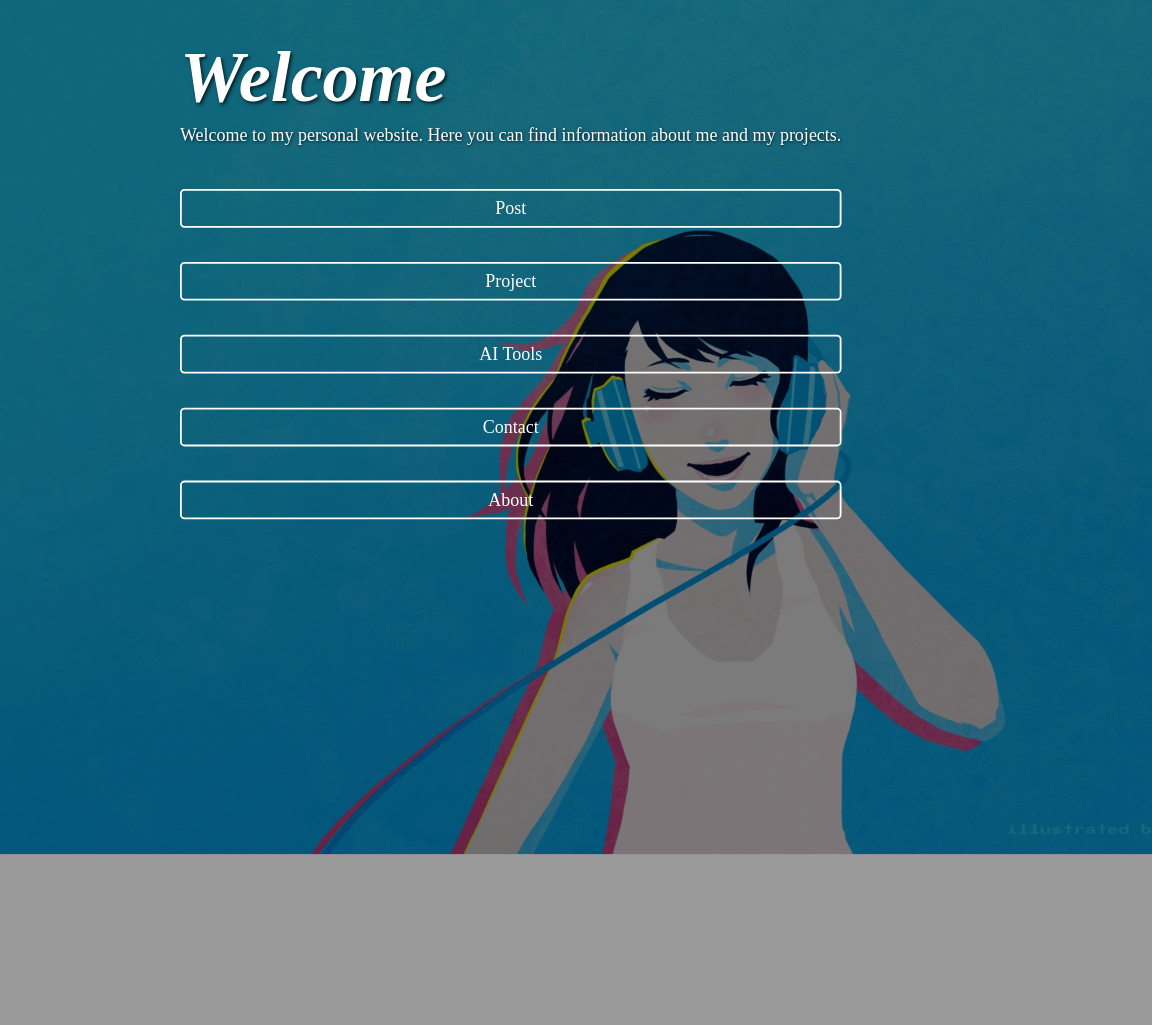
Repository: cydxf/cydxf.github.io
Page: index.html
These files come from the project's save history. The page is drawn as it stood at one moment and after the next save; the edit follows.
The browser window is 1280 px wide. The pictures show the whole page, at 90% of full size.

Above is the page before, as saved 2024-08-02 02:39:36.

After the next save:
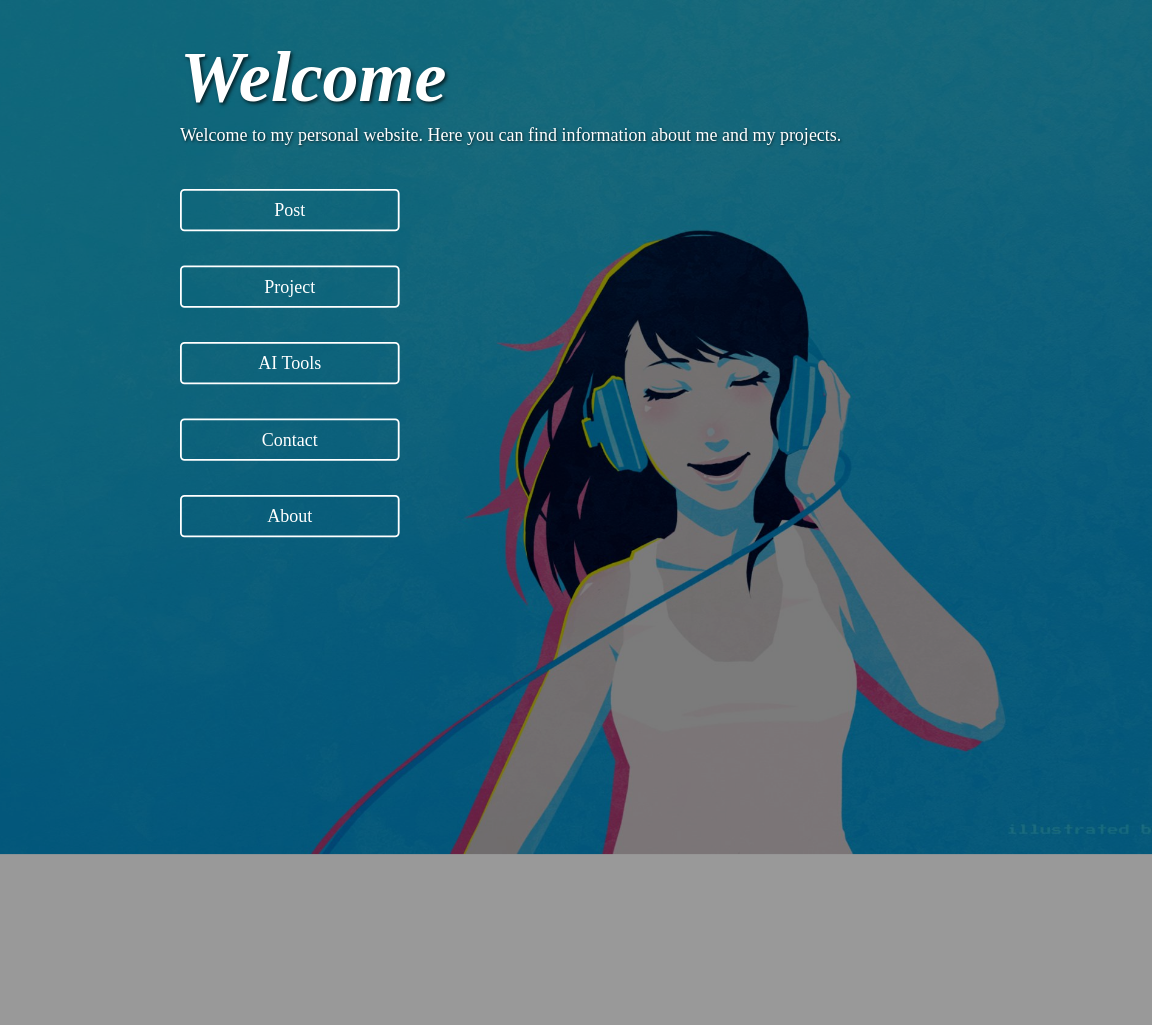
Saved 22 s later.
--- a/css/styles.css
+++ b/css/styles.css
@@ -63,7 +63,7 @@ body, html {
 
 .button {
     display: inline-block;
-    padding: 8px 16px;
+    padding: 10px 20px;
     margin-top: 28px; /* Adds spacing between text and button */
     font-size: 1.25rem;
     color: #fff; /* Text color */
@@ -73,8 +73,8 @@ body, html {
     text-decoration: none;
     text-align: center;
     transition: background-color 0.3s ease, color 0.3s ease; /* Smooth transition on hover */
+    max-width: 200px; /* Limit maximum width */
     width: auto; /* Allow width to adjust based on content */
-    white-space: nowrap; /* Prevent text wrapping */
 }
 
 .button:hover {
